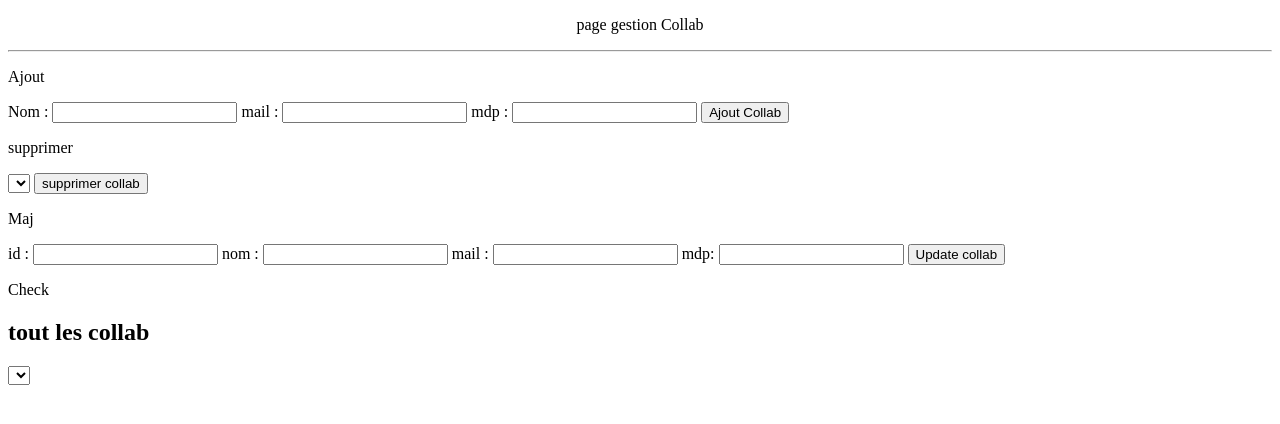
Repository: Shakibaei-2020/CRA_JEE_FINAL
Page: http://localhost/jee_crainfocom/WEB-INF/PageAdminGestionCollab.jsp
These files come from the project's save history. The page is drawn as it stood at one moment and after a run of saves; the edit follows.
The browser window is 1280 px wide. The pictures show the whole page.
The page is served by Tomcat 9. Nobody is signed in. The template is opened directly, without the code that normally fills it, so the values that code supplies are empty.

Above is the page before, as saved 2021-04-02 10:08:18.

After the next 2 saves:
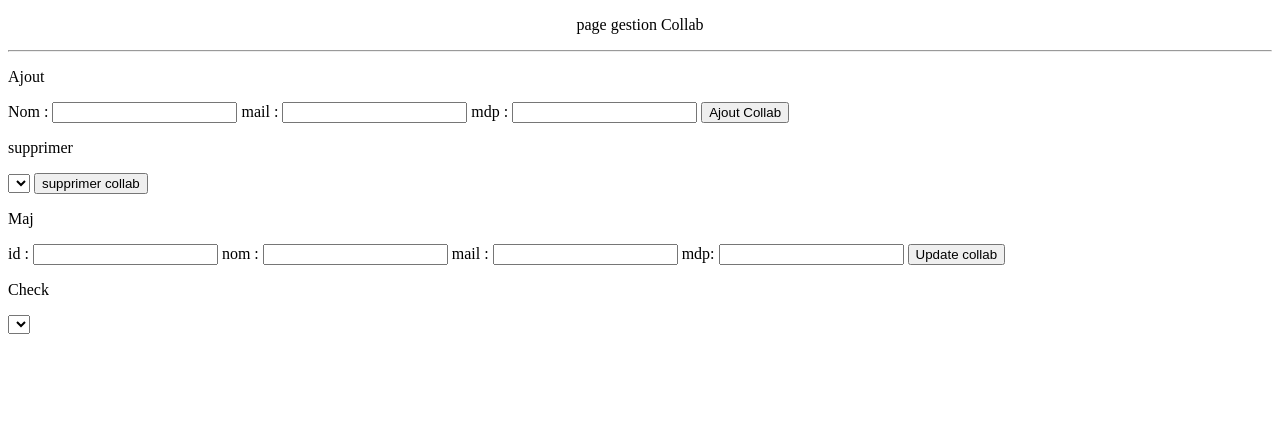
The 2 saves are shown as one change because they came seconds apart.
The last was saved 10 s later.
--- a/CRA_JEE_FINAL/jee_crainfocom/src/main/webapp/WEB-INF/PageAdminGestionCollab.jsp
+++ b/CRA_JEE_FINAL/jee_crainfocom/src/main/webapp/WEB-INF/PageAdminGestionCollab.jsp
@@ -55,17 +55,12 @@
 </form>
 <!-- ************************************************************************ -->
 <p>Check</p>
-
- <h2> tout les collab</h2>
-
 		<select>
      	<c:forEach   items="${ tabCollab }" var="tabCollab" varStatus="status">
         <p> <option method="get" action="SupprCollab"  ><c:out value="${tabCollab}"></option></c:out ></p>
 		</c:forEach>
 		</select>
-
 </div>
-
 <!-- ************************************************************************ -->
 
 </body>
